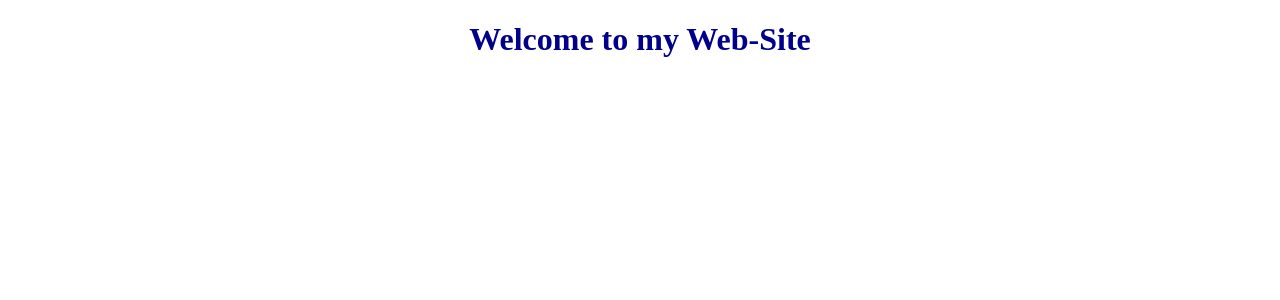
Repository: meet542/AdvanceJava
Page: http://localhost/Web-Project/WelcomeCtl
The author's editor kept a copy of each file at every save. The page is drawn from the files as they stood at one save, then again after the next save.
The browser window is 1280 px wide. The pictures show the whole page.
The page is served by Tomcat 9.

Above is the page before, as saved 2026-08-21 13:20:10.

After the next save:
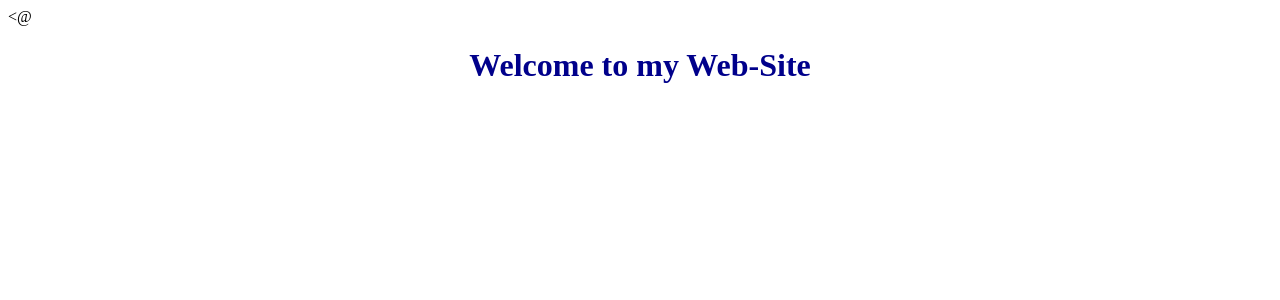
Saved 2 min 38 s later.
--- a/jspServlet-Workspace/Web-Project/src/main/webapp/WelcomeView.jsp
+++ b/jspServlet-Workspace/Web-Project/src/main/webapp/WelcomeView.jsp
@@ -7,7 +7,7 @@
 <title>Insert title here</title>
 </head>
 <body>
-
+<@
 	<div align="center">
 		<h1 style="color: darkblue">Welcome to my Web-Site</h1>
 	</div>
